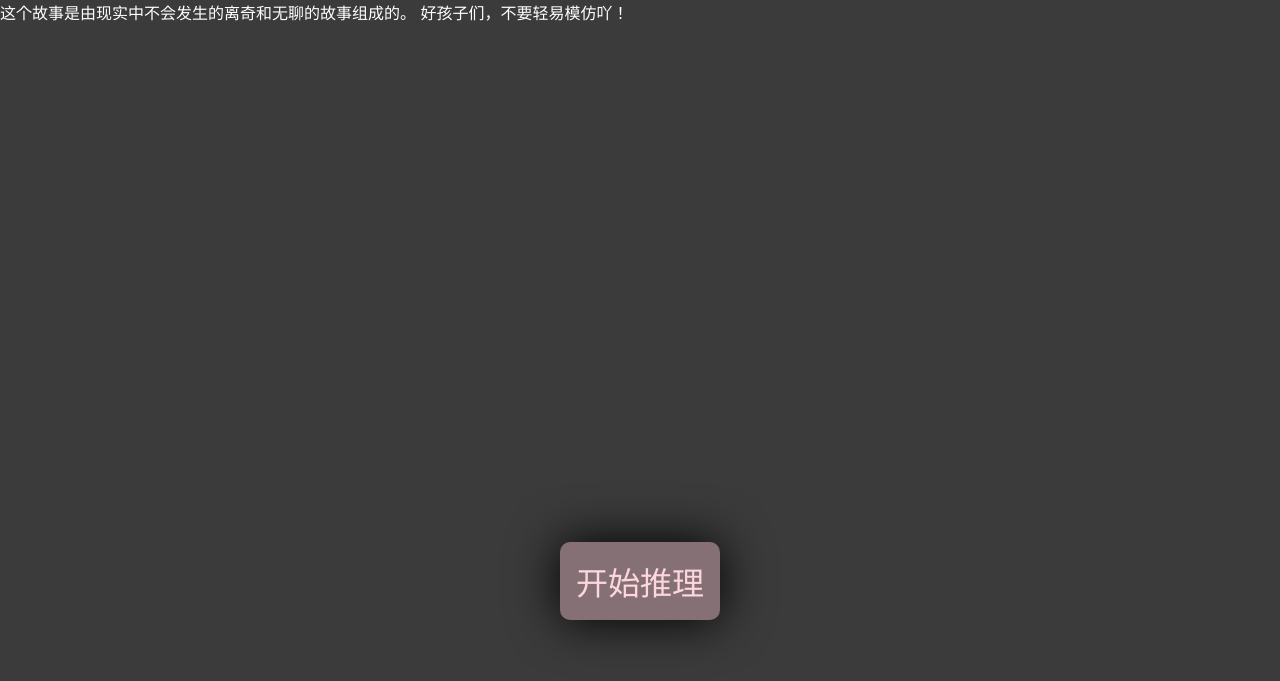
Repository: Jofali/reasoning-genius
Page: /
An editor plug-in stored every save of this project. The page is shown before and after the next save, followed by the edit.
The browser window is 1280 px wide. The pictures show the whole page.
The project was rebuilt for these pictures with package versions that can differ from the ones it lists, and the page was loaded fresh each time. Also part of the build but not shown: src/part1/part1.css, src/part1/part1.js, src/part2/part2.css, src/part2/part2.js, src/title/title.css, src/title/title.js, src/inventory/inventory.css, src/inventory/inventory.js and 2 more.

Above is the page before, as saved 2019-05-22 17:37:04.

### public/index.html
<!DOCTYPE html>
<html lang="en">
  <head>
    <meta charset="utf-8" />
    <link rel="shortcut icon" href="%PUBLIC_URL%/favicon.ico" />
    <meta name="viewport" content="width=device-width, initial-scale=1" />
    <meta name="theme-color" content="#000000" />
    <!--
      manifest.json provides metadata used when your web app is installed on a
      user's mobile device or desktop. See https://developers.google.com/web/fundamentals/web-app-manifest/
    -->
    <link rel="manifest" href="%PUBLIC_URL%/manifest.json" />
    <!--
      Notice the use of %PUBLIC_URL% in the tags above.
      It will be replaced with the URL of the `public` folder during the build.
      Only files inside the `public` folder can be referenced from the HTML.

      Unlike "/favicon.ico" or "favicon.ico", "%PUBLIC_URL%/favicon.ico" will
      work correctly both with client-side routing and a non-root public URL.
      Learn how to configure a non-root public URL by running `npm run build`.
    -->
    <title>Reasoning Genius</title>
  </head>
  <body>
    <noscript>You need to enable JavaScript to run this app.</noscript>
    <div id="root"></div>
    <!--
      This HTML file is a template.
      If you open it directly in the browser, you will see an empty page.

      You can add webfonts, meta tags, or analytics to this file.
      The build step will place the bundled scripts into the <body> tag.

      To begin the development, run `npm start` or `yarn start`.
      To create a production bundle, use `npm run build` or `yarn build`.
    -->
  </body>
</html>

### src/index.css
body {
  margin: 0;
  font-family: -apple-system, BlinkMacSystemFont, "Segoe UI", "Roboto", "Oxygen",
    "Ubuntu", "Cantarell", "Fira Sans", "Droid Sans", "Helvetica Neue",
    sans-serif;
  -webkit-font-smoothing: antialiased;
  -moz-osx-font-smoothing: grayscale;
}

code {
  font-family: source-code-pro, Menlo, Monaco, Consolas, "Courier New",
    monospace;
}

#root {
  height: 100%;
}

*{
  padding: 0;
  margin: 0;
}

html,body {
  height: 100%;
}

.sw-enter {
  opacity: 0;
}
.sw-enter-active {
  opacity: 1;
  transform: translateX(0);
  transition: opacity 300ms, transform 300ms;
}
.sw-exit {
  opacity: 1;
}
.sw-exit-active {
  opacity: 0;
  transition: opacity 300ms, transform 300ms;
}

### src/App.js
import React, { Component } from 'react';
import { CSSTransition } from 'react-transition-group';

import Partwrap from './partwrap/partwrap';
import Begin from './begin/begin';

import './App.css';
import arrNext from './assets/arrnext.svg';

class App extends Component {
  constructor(props) {
    super(props);
    this.state = {
      content: <Begin />,
      arr: arrNext,
      arrStatus: "next",
      maxPartNum: 1,
      showPart: true
    };
    this.stepTo = this.stepTo.bind(this);
  }

  partNum = 0;
  timer = null;
  stepTo() {
    if(this.partNum === this.state.maxPartNum) {
      this.partNum = 0;
    } else {
      this.partNum += 1;
    }

    this.setshow(false);
    if(this.timer !== null) {
      clearTimeout(this.timer);
    }
    this.timer = setTimeout( () => {
      switch(this.partNum)
      {
        case 0:
          this.setState({ content: <Begin /> })
          this.setState({ arrStatus: "next" });
          break;
        case 1:
          this.setState({ content: <Partwrap /> })
          this.setState({ arrStatus: "prev" })
          break;
        default:
          this.setState({ content: <Begin /> })
      }
      this.setshow(true);
    }, 300);

  }

  setshow(bool) {
    this.setState({ showPart: bool })
  }

  componentDidMount() {

  }

  render() {
    return (
        <div className="App">
          <CSSTransition
              in={this.state.showPart}
              timeout={300}
              classNames="sw"
              unmountOnExit
            >
              { this.state.content }
          </CSSTransition>
          <button className="btn-begin" onClick={this.stepTo}>开始推理</button>
        </div>
    );
  }
}

export default App;

### src/begin/begin.js
import React from 'react';

import './begin.css';
function Title() {
  return (
      <div className="begin">
        <div className="begin-content-wrap">
          这个故事是由现实中不会发生的离奇和无聊的故事组成的。
          好孩子们，不要轻易模仿吖！
        </div>
      </div>
  );
}

export default Title;

### src/App.css
.App {
  width: 100%;
  height: 100%;
  background: rgb(253,214,222);
  position: relative;
}

.App img {
  width: 100%;
}

.btn-begin {
  position:absolute;
  bottom: 100px;
  left: 50%;
  background: rgb(133, 113, 117);
  border: none;
  padding: 1rem;
  font-size: 2rem;
  transform: translateX(-50%);
  color: rgb(253,214,222);
  border-radius: 10px;
  box-shadow: 0px 0px 50px #000;
}

### src/begin/begin.css
.begin {
  width: 100%;
  height: 100%;
  background: rgb(59, 59, 59);
  color: #fff;
}

Loaded but not shown: src/index.js (common file); src/serviceWorker.js (common file)

After the next save:
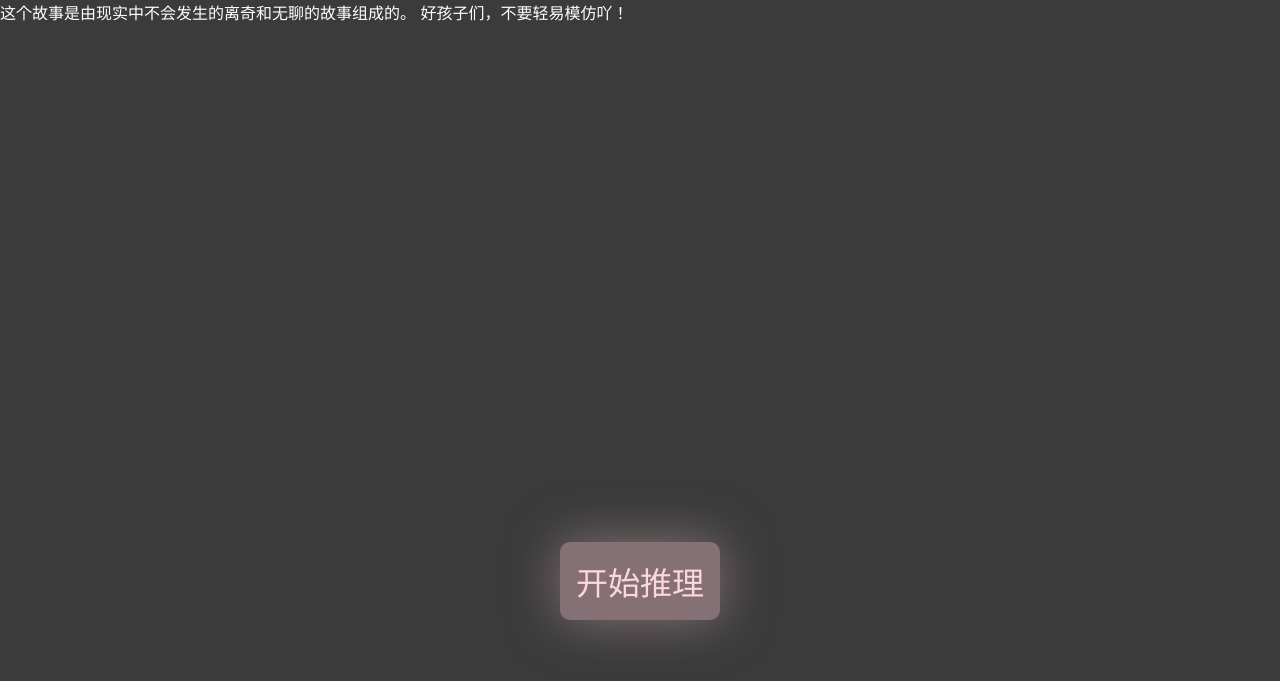
Saved 8 s later.
--- a/src/App.css
+++ b/src/App.css
@@ -20,5 +20,5 @@
   transform: translateX(-50%);
   color: rgb(253,214,222);
   border-radius: 10px;
-  box-shadow: 0px 0px 50px #000;
+  box-shadow: 0px 0px 50px rgb(133, 113, 117);
 }
